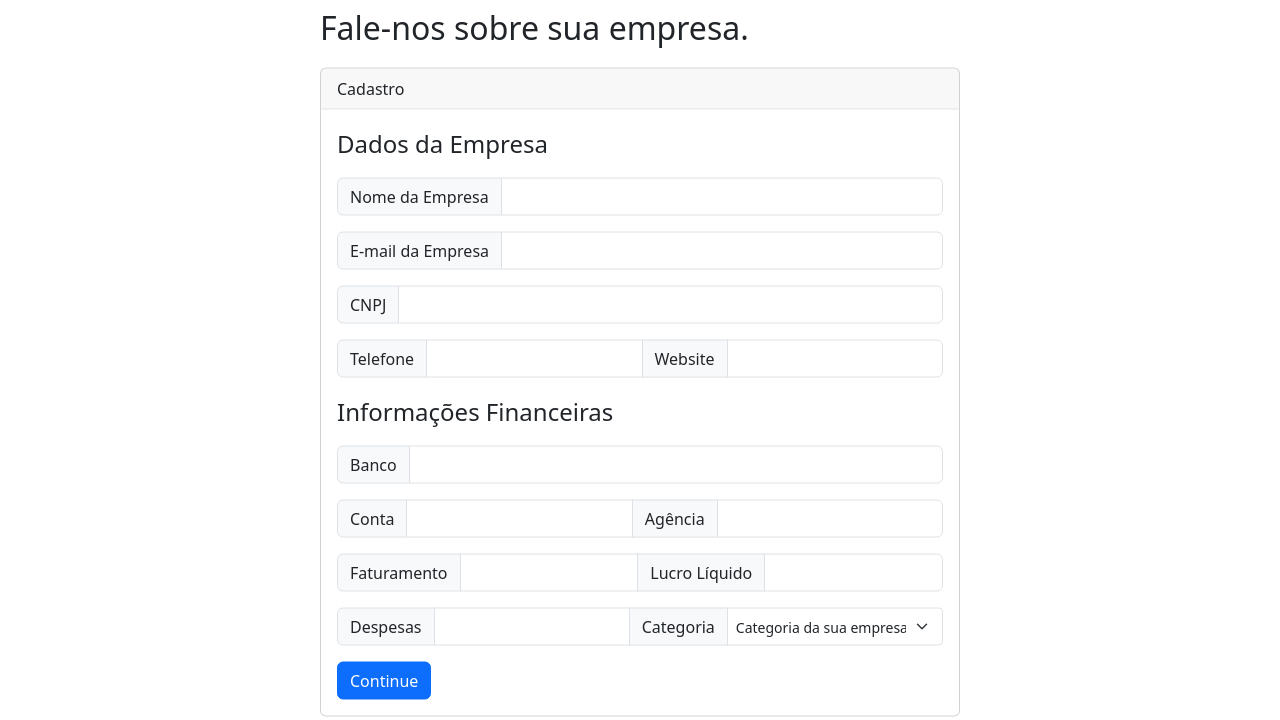
Repository: vandrecx/utilitaries
Page: http://localhost/login_archive/cadastro.php
These files come from the project's save history. The page is drawn as it stood at one moment and after the next save; the edit follows.
The browser window is 1280 px wide. The pictures show the whole page.
The page is run by PHP 8.4 with error messages shown; the project is at /var/www/html/.

Above is the page before, as saved 2024-05-03 13:16:57.

After the next save:
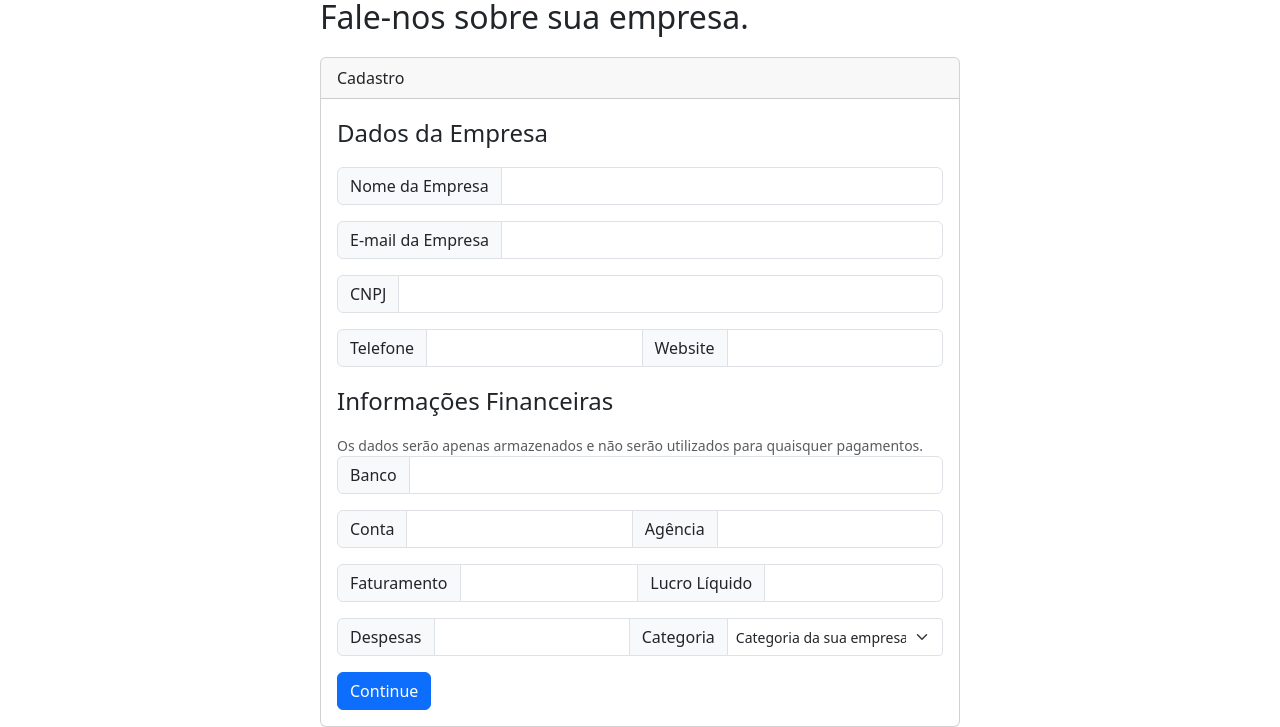
Saved 2 min 19 s later.
--- a/login_archive/cadastro.php
+++ b/login_archive/cadastro.php
@@ -42,6 +42,7 @@
                         <input type="text" class="form-control" aria-label="Sizing example input" aria-describedby="inputGroup-sizing-default">
                     </div>
                     <p class="fs-4">Informações Financeiras</p>
+                    <div id="emailHelp" class="form-text">Os dados serão apenas armazenados e não serão utilizados para quaisquer pagamentos.</div>
                     <div class="input-group mb-3">
                         <span class="input-group-text" id="inputGroup-sizing-default">Banco</span>
                         <input type="text" class="form-control" aria-label="Sizing example input" aria-describedby="inputGroup-sizing-default">

After the save that followed:
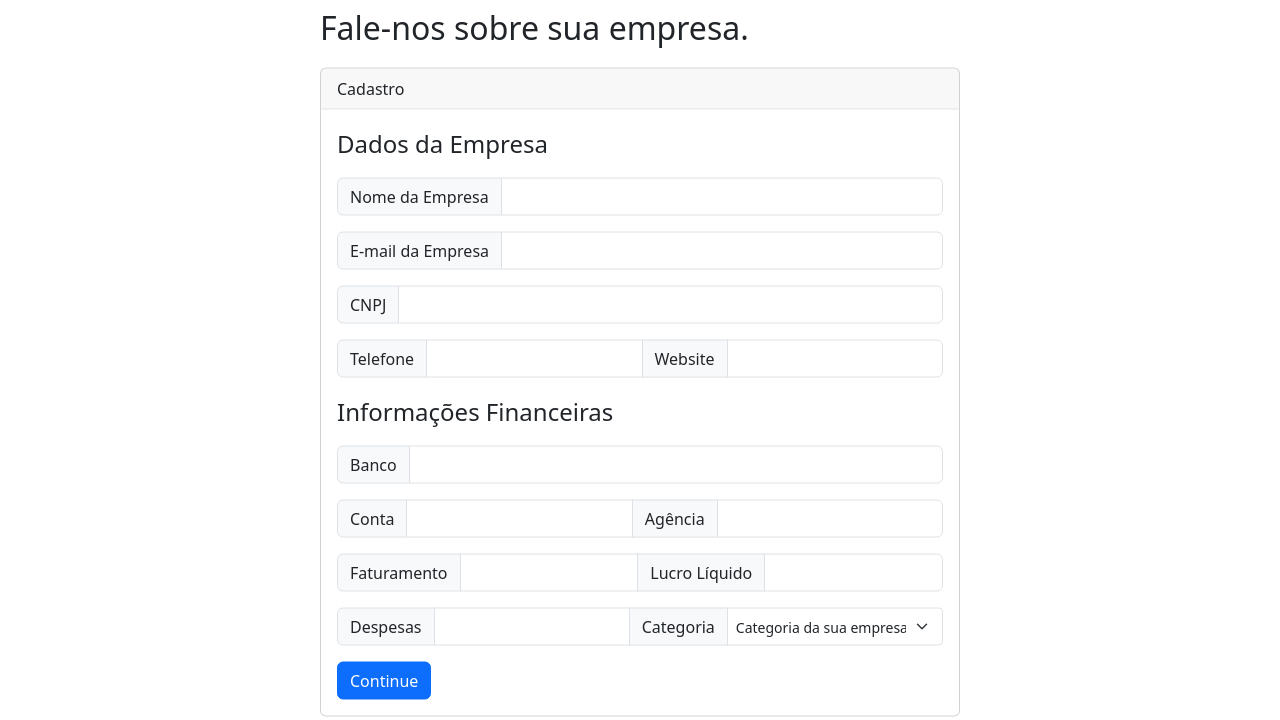
Saved 10 s later.
--- a/login_archive/cadastro.php
+++ b/login_archive/cadastro.php
@@ -42,7 +42,7 @@
                         <input type="text" class="form-control" aria-label="Sizing example input" aria-describedby="inputGroup-sizing-default">
                     </div>
                     <p class="fs-4">Informações Financeiras</p>
-                    <div id="emailHelp" class="form-text">Os dados serão apenas armazenados e não serão utilizados para quaisquer pagamentos.</div>
+
                     <div class="input-group mb-3">
                         <span class="input-group-text" id="inputGroup-sizing-default">Banco</span>
                         <input type="text" class="form-control" aria-label="Sizing example input" aria-describedby="inputGroup-sizing-default">
